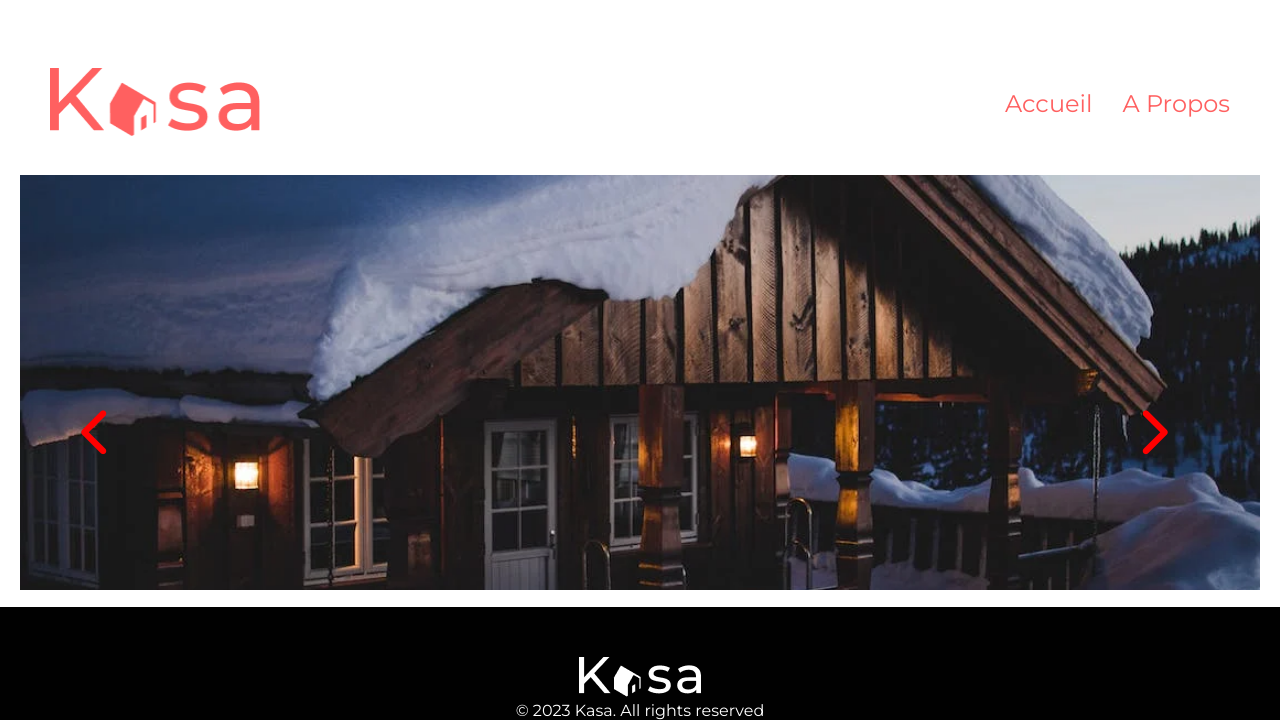
Repository: Ascaris29/Kasa_oc
Page: /essai (app in kasa_project/)
These files come from the project's save history. The page is drawn as it stood at one moment and after the next save; the edit follows.
The browser window is 1280 px wide. The pictures show the whole page.
Some web libraries are served in a nearby version. The project was rebuilt for these pictures with package versions that can differ from the ones it lists, and the page was loaded fresh each time. Also part of the build but not shown: kasa_project/src/pages/homepage/Homepage.module.scss, kasa_project/src/pages/homepage/components/CardLogement.module.scss, kasa_project/src/pages/homepage/components/CardLogement.js, kasa_project/src/pages/homepage/Homepage.js, kasa_project/src/pages/404/404.module.scss, kasa_project/src/pages/404/404.js, kasa_project/src/pages/a_propos/APropos.module.scss, kasa_project/src/pages/a_propos/components/CardDescription.module.scss and 6 more.

Above is the page before, as saved 2023-03-16 16:15:50.

After the next save:
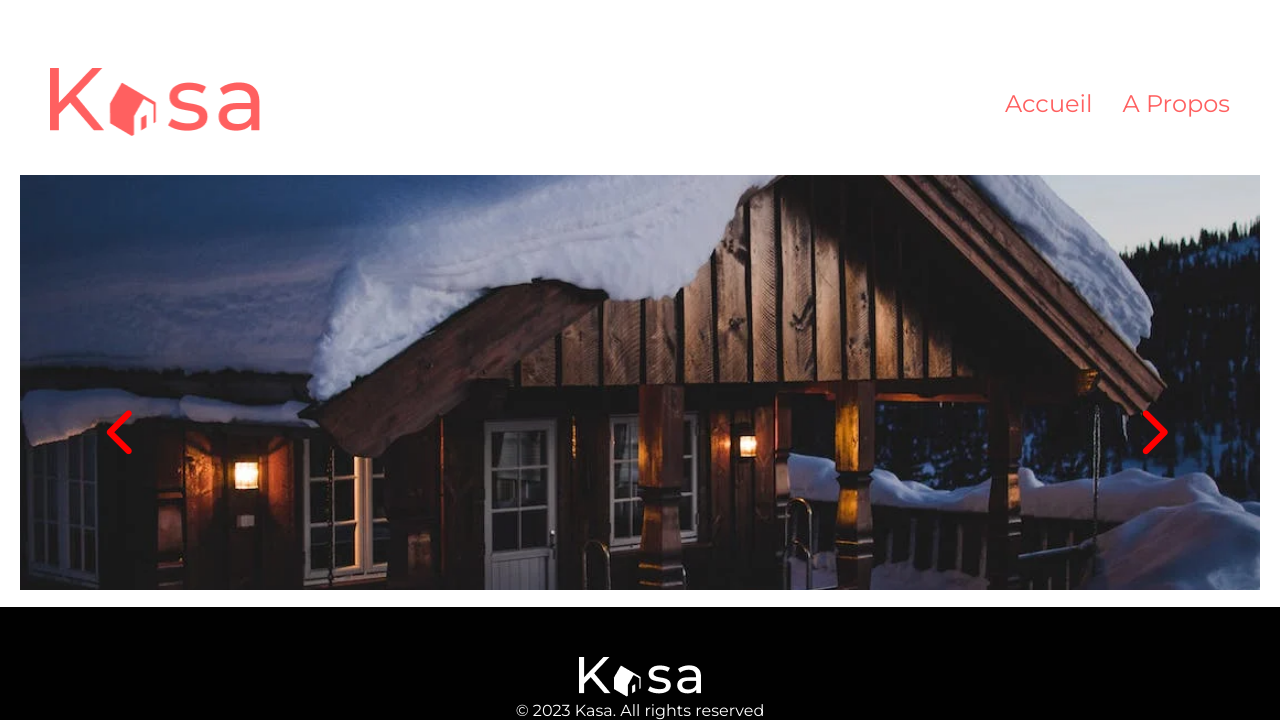
Saved 62 s later.
--- a/kasa_project/src/pages/logement/components/caroussel/Caroussel.module.scss
+++ b/kasa_project/src/pages/logement/components/caroussel/Caroussel.module.scss
@@ -21,7 +21,7 @@
     .chevronLeft{
         position:absolute;
         top:60%;
-        right:90%;
+        right:88%;
         font-size:50px;
         color:red;
         transform:translate(-50%, -50%);
